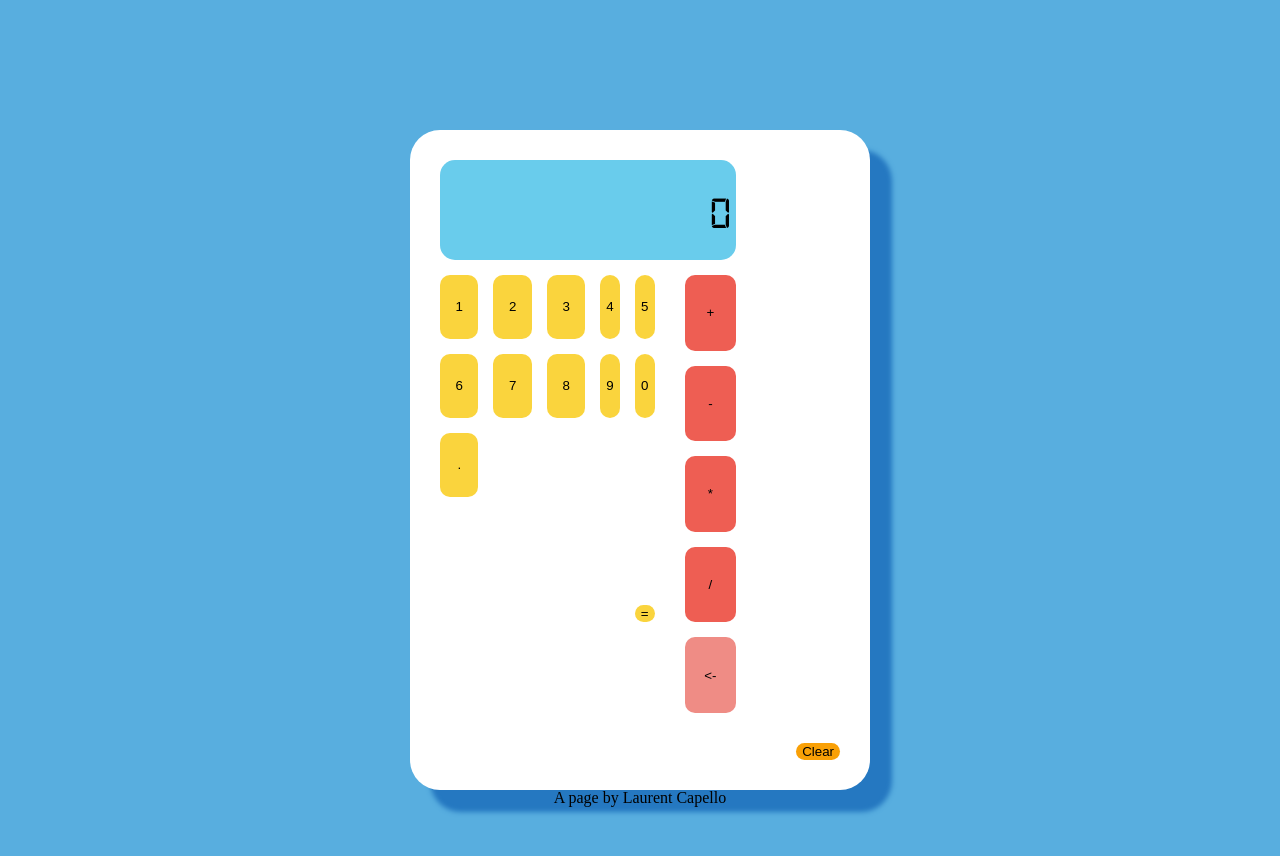
Repository: sokafootball/js-calculator
Page: index.html
An editor plug-in stored every save of this project. The page is shown before and after the next save, followed by the edit.
The browser window is 1280 px wide. The pictures show the whole page.

Above is the page before, as saved 2020-05-06 20:28:42.

### index.html
<html>
<head>
  <title>Javascript Calculator - By Laurent Capello</title>
  <link rel="stylesheet" type="text/css" href="reset.css">
  <link rel="stylesheet" type="text/css" href="style.css">
  <!--<link rel="stylesheet" type="text/css" href="wireframe.css">-->
  <link href="https://fonts.googleapis.com/css2?family=Barlow:wght@300&display=swap" rel="stylesheet">
</head>
<body>
<main id="main">
  <div id="calculator">
    <p id="display">0</p>
    <button id="backspace" class="button"><-</button>
    <div id="numpad">
      <button class="button num-button">1</button>
      <button class="button num-button">2</button>
      <button class="button num-button">3</button>
      <button class="button num-button">4</button>
      <button class="button num-button">5</button>
      <button class="button num-button">6</button>
      <button class="button num-button">7</button>
      <button class="button num-button">8</button>
      <button class="button num-button">9</button>
      <button class="button num-button">0</button>
      <button id="decimal-button" class="button">.</button>
      <button id="equal-button" class="button">=</button>
    </div>
    <div id="operators">
      <button class="button operation-button">+</button>
      <button class="button operation-button">-</button>
      <button class="button operation-button">*</button>
      <button class="button operation-button">/</button>
    </div>
    <button id="clear-button" class="button">Clear</button>
  </div>
</main>
<footer id="footer">
  <p>A page by <span id="signature">Laurent Capello</span></p>
</footer>
<div id="hidden-element" class="display-full" style="display: none"></div>
<script type="text/javascript" src="script.js"></script>
</body>
</html>

### style.css
@font-face {
  font-family: "calcFont";
  src: url("./fonts/digital-7/digital-7.ttf");
  }

:root {
  --row-gap: 15px;
}

body{
  align-items: center;
  background-color: hsl(202, 68%, 61%);
  display: flex;
  flex-direction: column;
  justify-content: space-between;
}

.display-full{
  animation-name: display-full;
  animation-duration: 0.3s;
}



#backspace{
  background-color: hsl(4, 77%, 73%);
  grid-area: backspace;
}

#calculator{
  background-color: white;
  border-radius: 30px;
  box-shadow: 21px 21px 5px 1px hsl(208, 68%, 45%);
  display: grid;
  gap: var(--row-gap) 30px;
  grid-template-areas:
    "display display display display"
    "numpad numpad numpad operators"
    "numpad numpad numpad operators"
    "numpad numpad numpad operators"
    "numpad numpad numpad operators"
    "equal equal equal backspace";
  grid-template-columns: repeat(4, 1fr);
  grid-template-rows: 100px repeat(5, 1fr); /*first row is fixed to stop the border animation from taking space from other rows*/
  height: 600px;
  margin-top: 130px;
  padding: 30px;
  width: 400px;
}

#calculator button{
  border-radius: 10px;
  border-width: 0px;
  outline: none;
}

#calc-top{
  margin-bottom: 40px;
}

#clear-button{
  background-color: hsl(38, 95%, 50%);
  grid-area: clear;
}

#display{
  background-color: hsl(195, 78%, 67%);
  border-radius: 15px;
  border-width: 0px;
  font-family: 'calcFont', sans-serif;
  font-size: 45px;
  grid-area: display;
  line-height: 95px;
  padding-right: 5px;
  text-align: right;
  vertical-align: middle;
}

#equal-button{
  grid-area: equal;
}

#footer{
  margin-bottom: 50px;
}

#numpad{
  display: grid;
  gap: var(--row-gap);
  grid-area: numpad;
  grid-template-columns: repeat(3, 1fr);
  grid-template-rows: repeat(4, 1fr);
}

#numpad button{
  background-color: hsl(48, 95%, 61%);
}
/*
#operators{
  display: flex;
  flex-direction: column;
  justify-content: space-evenly;
  grid-area: operators;
}
*/

#operators{
  display: grid;
  gap: var(--row-gap);
  grid-template-rows: repeat(4, 1fr);
  grid-area: operators;
}

#operators button{
  background-color: hsl(4, 82%, 63%);
  flex-grow: 1;
}

@keyframes display-full{
  0% {border: 1px solid black;}
  50% {
    border: 2px solid red;
    box-shadow: 0px 0px 6px 1px red;
    line-height: 93px;
    padding-right: 4px;
  }
  100% {border: 1px solid black;}
}

### script.js
/*
CODE BY LAURENT CAPELLO
*/

//#region STARTUP
const MAX_DISPLAY_LENGTH = 14
const MAX_DECIMALS = 3
const EXPONENTIAL_NOTATION_DIGITS = MAX_DISPLAY_LENGTH - 4 //4 digits are reserved for the exponential notation and the dot
let display = document.querySelector(`#display`)
let overwriteIsOn = true
let operation = null, operand1 = null, operand2 = null

addFunctionsToBtns()

function addFunctionsToBtns(){
	let numButtons = document.querySelectorAll(`.num-button`)
	numButtons = Array.from(numButtons)
	numButtons.forEach(button => {
		button.addEventListener(`click`, () => pressNumBtn(button.innerText))
	});

	let opButtons = document.querySelectorAll(`.operation-button`)
	opButtons = Array.from(opButtons)
	opButtons.forEach(button => {
		button.addEventListener(`click`, () => pressOperationBtn(button.innerText))
	});

	let equalButton = document.querySelector(`#equal-button`)
	equalButton.addEventListener(`click`, pressEqualBtn)

	let clearButton = document.querySelector(`#clear-button`)
	clearButton.addEventListener(`click`, pressClearBtn)

	let bckSpaceBtn = document.querySelector(`#backspace`)
	bckSpaceBtn.addEventListener(`click`, pressBackspaceBtn)

	let decimalBtn = document.querySelector(`#decimal-button`)
	decimalBtn.addEventListener(`click`, pressDecimalBtn)

	document.onkeydown = (e) => filterKeyPress(e)
}

function filterKeyPress(e){
	console.log(`key pressed`)
	if (e.which <= 105 && e.which >= 96){
		pressNumBtn(Number(e.key))
	} else if (e.which == 106 || e.which == 107 || e.which == 109 || e.which == 111) {
		pressOperationBtn(e.key)
	} else if (e.which == 13){
		pressEqualBtn()
	} else if (e.which == 110){
		pressDecimalBtn()
	} else if (e.which == 8){
		pressBackspaceBtn()
	}
}
//#endregion

//#region SUPPORT FUNCTIONS
function clear(){
	display.innerText = `0`
	operation = null
	operand1 = null
	operand2 = null
	overwriteIsOn = true
}

function displayNumber(num){
	if(num == 0 && display.innerText == `0`) return
  if(overwriteIsOn){
		if(num == `.`){
			display.innerText += num
		}else{
			display.innerText = num
		}
		overwriteIsOn = false
	}else{
		if(display.innerText.length >= MAX_DISPLAY_LENGTH){
			animateDisplay()
			return
		}
		display.innerText += num
	}
}

function displayResult(){
	operand1 = operate(operation, operand1, operand2)
	operand2 = null
	display.innerText = operand1
}

function saveNumber(){
	if(operation == null)
		operand1 =  Number(display.innerText)
	else operand2 =  Number(display.innerText)
}

function saveOperation(operationSign){
	operation = operationSign
	overwriteIsOn = true
}

function truncateDecimals(num){
	if((num % 1).toString().length > MAX_DECIMALS) return Number(num).toFixed(MAX_DECIMALS)
	return num
}

function truncateIntegers(num){
	if(num.toString().length <= MAX_DISPLAY_LENGTH) return num
	return num.toExponential(EXPONENTIAL_NOTATION_DIGITS)
}
//#endregion

//#region BUTTONS FUNCTIONS
function pressBackspaceBtn(){
	//if display length is 1
	if(display.innerText.length == 1){
		display.innerText = `0`
	}else{
		let displayArray = Array.from(display.innerText)
		displayArray.pop()
		display.innerText = displayArray.join(``)
	}
	saveNumber()
}

function pressDecimalBtn(){
	//add dot to the right of the number on display
	if (display.innerText.includes(`.`)) return
	displayNumber(`.`)
	saveNumber()
}

function pressClearBtn(){
	clear()
}

function pressEqualBtn(){
	if(operand1 != null && operand2 != null){
		displayResult()
		operation = null
		overwriteIsOn = true
		operand2 = null
	}else{
		operation = null
		overwriteIsOn = true
		operand2 = null
		display.innerText = operand1 == null ? `0` : operand1
	}
}

function pressNumBtn(num){
	displayNumber(Number(num))
	saveNumber()
}

function pressOperationBtn(operationSign){
	if (operation == null){
		saveOperation(operationSign)
	}else{
		if(operand1 != null && operand2 != null){
			displayResult()
		}
		saveOperation(operationSign)
	}
}
//#endregion

//#region MATH FUNCTIONS
function operate(operation, a, b){
	let result = null
	switch (operation){
		case `+`:
			operation = add
			break
		case `-`:
			operation = subtract
			break;
		case `*`:
			operation = multiply
			break
		case `/`:
			operation = divide
			break;
		default:
			console.log(`invalid operation`)
			return
	}
	result = Number(operation(a,b))
	result = truncateDecimals(result)
	result = truncateIntegers(result)
  return Number(result)
}

function add (...nums) {
	return nums.reduce((total, num) => {
		return total + num
	}, 0)
}

function subtract (...nums) {
	return nums.reduce((total, num) => {
		return total - num
	})
}

function sum (arr) {
	return add(...arr)
}

function divide (...nums){
	if (nums[1] == 0){
		console.log(`you can't divide by 0!`)
		clear()
		return 0
	}
	return nums.reduce((total, num) => total / num
	)
}

function multiply (...nums) {
	return nums.reduce((total, num) => {
		return total * num
	})
}
//#endregion

//#region DISPLAY ANIMATION FUNCTIONS
function convertDuration(durationString){
	let duration = Number(durationString.replace(`s`, ``))
	return duration * 1000
}

function animateDisplay(){
	let animDurationString = getComputedStyle(document.querySelector(`.display-full`)).animationDuration
	const ANIM_DURATION = convertDuration(animDurationString)
	display.classList.remove(`display-full`)
	display.classList.add(`display-full`)
	setTimeout(() => display.classList.remove(`display-full`), ANIM_DURATION);
}
//#endregion

Loaded but not shown: reset.css (common file)

After the next save:
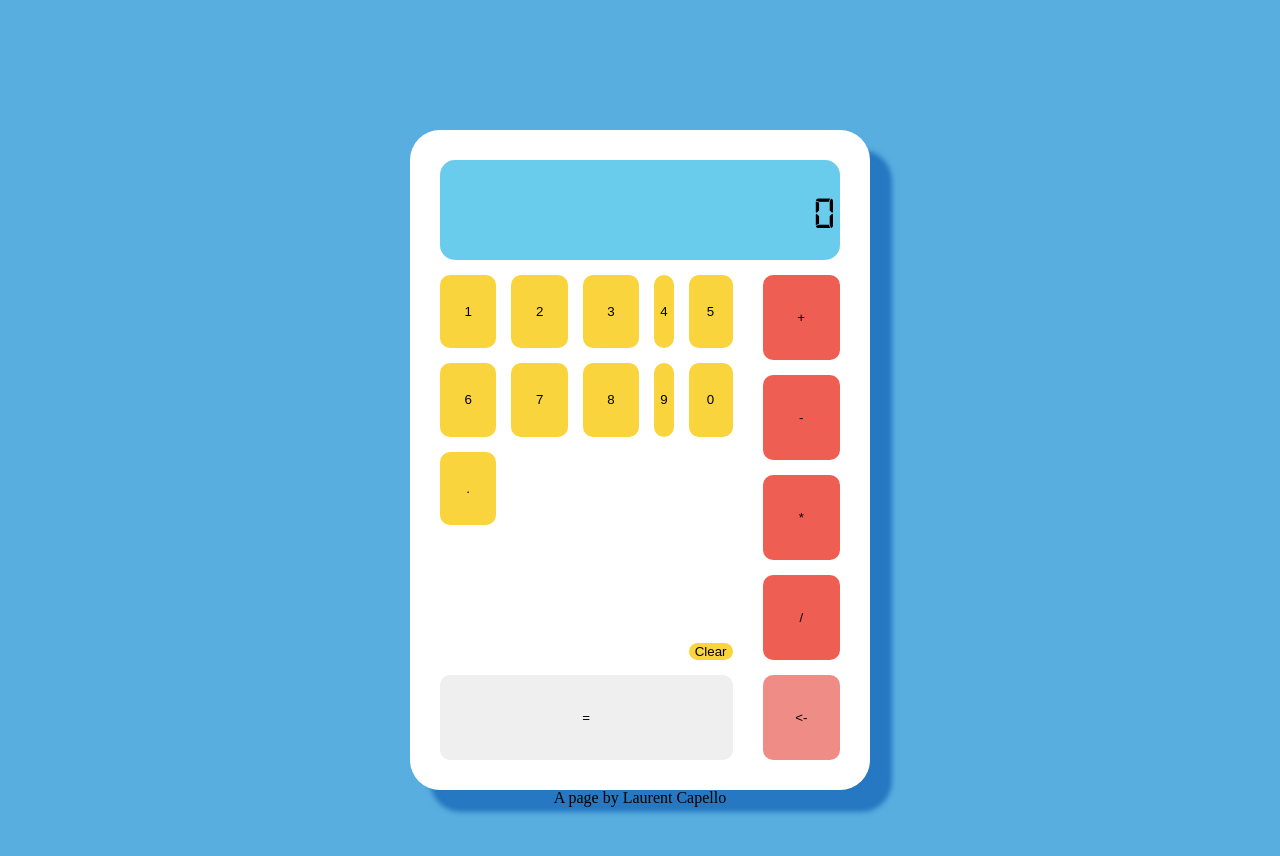
Saved 21 s later.
--- a/index.html
+++ b/index.html
@@ -23,15 +23,16 @@
       <button class="button num-button">9</button>
       <button class="button num-button">0</button>
       <button id="decimal-button" class="button">.</button>
-      <button id="equal-button" class="button">=</button>
+      <button id="clear-button" class="button">Clear</button>
     </div>
+    <button id="equal-button" class="button">=</button>
     <div id="operators">
       <button class="button operation-button">+</button>
       <button class="button operation-button">-</button>
       <button class="button operation-button">*</button>
       <button class="button operation-button">/</button>
     </div>
-    <button id="clear-button" class="button">Clear</button>
+
   </div>
 </main>
 <footer id="footer">
